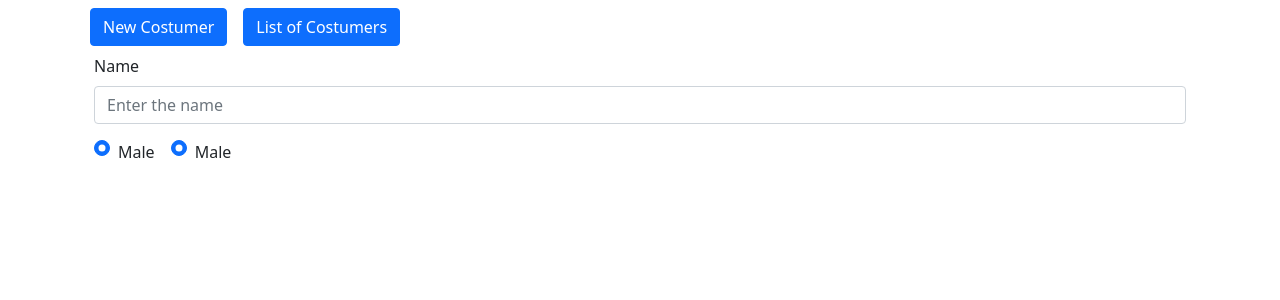
Repository: Sanjayjangra88/combo_app
Page: /, after clicking the first element matching `button.btn`
The author's editor kept a copy of each file at every save. The page is drawn from the files as they stood at one save, then again after the next save.
The browser window is 1280 px wide. The pictures show the whole page.
Some web libraries are served in a nearby version. The project was rebuilt for these pictures with package versions that can differ from the ones it lists, and the page was loaded fresh each time. Also part of the build but not shown: src/App.js.

Above is the page before, as saved 2022-06-03 17:14:31.

### public/index.html
<!DOCTYPE html>
<html lang="en">
  <head>
    <meta charset "UTF-8" />
    <link rel="icon" href="%PUBLIC_URL%/favicon.ico" />
    <meta name="viewport" content="width=device-width, initial-scale=1" />
    <meta name="theme-color" content="#000000" />
    <meta
      name="description"
      content="Web site created using create-react-app"
    />
    <link rel="apple-touch-icon" href="%PUBLIC_URL%/logo192.png" />
    <!--
      manifest.json provides metadata used when your web app is installed on a
      user's mobile device or desktop. See https://developers.google.com/web/fundamentals/web-app-manifest/
    -->
    <link rel="manifest" href="%PUBLIC_URL%/manifest.json" />
    <link href="https://cdn.jsdelivr.net/npm/bootstrap@5.0.2/dist/css/bootstrap.min.css" rel="stylesheet" integrity="sha384-EVSTQN3/azprG1Anm3QDgpJLIm9Nao0Yz1ztcQTwFspd3yD65VohhpuuCOmLASjC" crossorigin="anonymous">
    <!--
      Notice the use of %PUBLIC_URL% in the tags above.
      It will be replaced with the URL of the `public` folder during the build.
      Only files inside the `public` folder can be referenced from the HTML.

      Unlike "/favicon.ico" or "favicon.ico", "%PUBLIC_URL%/favicon.ico" will
      work correctly both with client-side routing and a non-root public URL.
      Learn how to configure a non-root public URL by running `npm run build`.
    -->
    <!-- Bootstrap CSS -->
    <link rel="stylesheet" href="https://cdn.jsdelivr.net/npm/bootstrap@4.0.0/dist/css/bootstrap.min.css" integrity="sha384-Gn5384xqQ1aoWXA+058RXPxPg6fy4IWvTNh0E263XmFcJlSAwiGgFAW/dAiS6JXm" crossorigin="anonymous">

    <title>React App</title>
  </head>
  <body>
    <noscript>You need to enable JavaScript to run this app.</noscript>
    <div id="root"></div>
    <script src="https://kit.fontawesome.com/9e06ebf41f.js" crossorigin="anonymous"></script>
    <!--
      This HTML file is a template.
      If you open it directly in the browser, you will see an empty page.

      You can add webfonts, meta tags, or analytics to this file.
      The build step will place the bundled scripts into the <body> tag.

      To begin the development, run `npm start` or `yarn start`.
      To create a production bundle, use `npm run build` or `yarn build`.
    -->
    <script src="https://code.jquery.com/jquery-3.2.1.slim.min.js" integrity="sha384-KJ3o2DKtIkvYIK3UENzmM7KCkRr/rE9/Qpg6aAZGJwFDMVNA/GpGFF93hXpG5KkN" crossorigin="anonymous"></script>
    <script src="https://cdn.jsdelivr.net/npm/popper.js@1.12.9/dist/umd/popper.min.js" integrity="sha384-ApNbgh9B+Y1QKtv3Rn7W3mgPxhU9K/ScQsAP7hUibX39j7fakFPskvXusvfa0b4Q" crossorigin="anonymous"></script>
    <script src="https://cdn.jsdelivr.net/npm/bootstrap@4.0.0/dist/js/bootstrap.min.js" integrity="sha384-JZR6Spejh4U02d8jOt6vLEHfe/JQGiRRSQQxSfFWpi1MquVdAyjUar5+76PVCmYl" crossorigin="anonymous"></script>
  </body>
</html>

### src/index.js
import React from 'react';
import ReactDOM from 'react-dom';
import './index.css';
import App from './App';
import reportWebVitals from './reportWebVitals';
import 'bootstrap/dist/css/bootstrap.min.css';

import DropDown6 from './Components/dropDown6';

ReactDOM.render(
  <React.StrictMode>
    <DropDown6/>
  </React.StrictMode>,
  document.getElementById('root')
);

// If you want to start measuring performance in your app, pass a function
// to log results (for example: reportWebVitals(console.log))
// or send to an analytics endpoint. Learn more: https://bit.ly/CRA-vitals
reportWebVitals();

### src/Components/dropDown6.jsx
import React, { Component } from 'react'
import DpForm from './dpForm'

export class dropDown extends Component {
  state={
    costumers:[],
    view:0
  }
  add=()=>{
    console.log("hy")
    let s1={...this.state};
    s1.view=2;
    this.setState(s1);
  }
  show=()=>{
    let s1={...this.state};
    s1.view=1;
    this.setState(s1);

    console.log("hy")
  }
  render() {
    const{costumers,view}=this.state;
    return (
      <div className='container'>
        <button className='btn btn-primary m-2'onClick={this.add}>New Costumer</button>
        <button className='btn btn-primary m-2'onClick={this.show}>List of Costumers</button><br/>
        {view==1 ?(
        costumers.length<=0?"There are no Costumers":costumers.map((ele)=><ul><li>{ele}</li></ul>))
  :view==2?
  <DpForm costumers={{}}/>
  :""}
      </div>
    )
  }
}

export default dropDown

### src/App.css
*{
  margin: 0;
  padding: 0;
}
.slidebar{
  position: absolute;
  background-color: rgb(168, 165, 165);
  height: 100vh;
  width: 30vh;
  margin-right: 5px;
  transition: transform 0.3s ease-in;


}
.slidebar  li a{
  text-decoration: none;
  color:white;
}
.slidebar  li{
  list-style: none;
  font-size: 20px;
  padding: 13px 0;
  color:white;
}
.box{
  margin-left: 32vh;
}
div.d-flex.justify-content-between{
  margin-left: 30vh;
}

.th1{
  background-color: black;
  color: white;
  border: 1px solid black;
  text-align: center;
  padding-left: 15px;
  padding-right: 15px;
}
.col1 {
  border: 1px solid black;
  text-align: center;
  padding-left: 15px;
  padding-right: 15px;
}

### src/Components/dpForm.jsx
import React, { Component } from 'react'

export class dpForm extends Component {
    state={
        costumers:this.props.costumers
    }
    handelChange=(e)=>{
        const {currentTarget:input}=e;
        let s1={...this.state};
        s1.costumers[input.name]=input.value;
        this.setState(s1);
    }
  render() {
      const{name,gender}=this.state.costumers;
    return (
      <div className='container'>
           <div className="form-group">
                    <label>Name</label>
                    <input type="text"className="form-control"name="name"id="name"value={name} placeholder='Enter the name'onChange={this.handelChange} />
                </div>
                <div className="form-check form-check-inline">
                    <input
                    className="form-check-input"
                    type="radio"
                    name={gender}
                    value="Male"
                    checked="Male"
                    onChange={this.handelChange}/>
                    <label className="form-check-label">Male</label>
                </div>
                <div className="form-check form-check-inline">
                    <input
                    className="form-check-input"
                    type="radio"
                    name={gender}
                    value="Male"
                    checked="Female"
                    onChange={this.handelChange}/>
                    <label className="form-check-label">Male</label>
                </div>
      </div>
    )
  }
}

export default dpForm

Loaded but not shown: src/index.css (common file); src/reportWebVitals.js (common file)

After the next save:
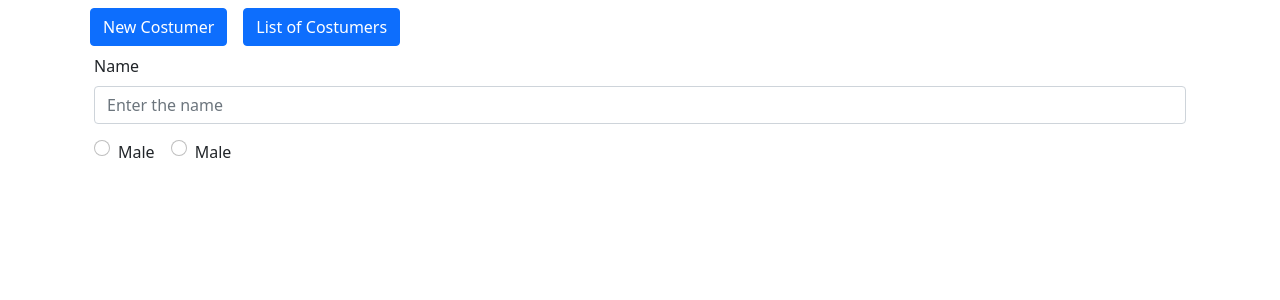
Saved 111 s later.
--- a/src/Components/dpForm.jsx
+++ b/src/Components/dpForm.jsx
@@ -22,9 +22,9 @@ export class dpForm extends Component {
                     <input
                     className="form-check-input"
                     type="radio"
-                    name={gender}
+                    name="gender"
                     value="Male"
-                    checked="Male"
+                    checked={gender==="Male"}
                     onChange={this.handelChange}/>
                     <label className="form-check-label">Male</label>
                 </div>
@@ -32,9 +32,9 @@ export class dpForm extends Component {
                     <input
                     className="form-check-input"
                     type="radio"
-                    name={gender}
+                    name="gender"
                     value="Male"
-                    checked="Female"
+                    checked={gender==="Female"}
                     onChange={this.handelChange}/>
                     <label className="form-check-label">Male</label>
                 </div>
